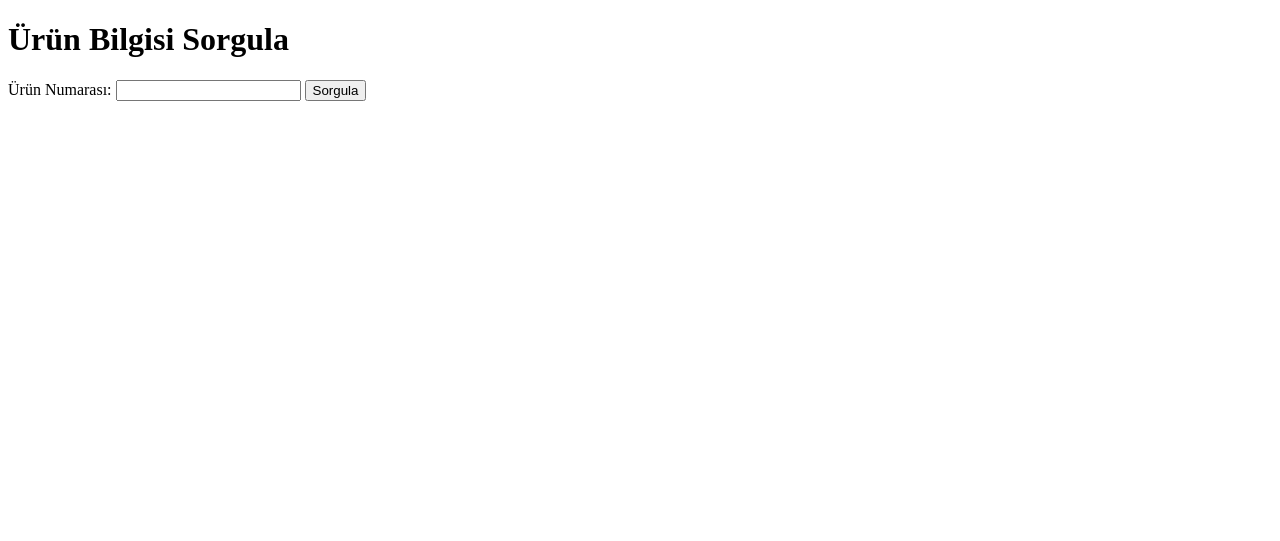
Repository: emrehendemoglu/warranty-inquiry
Page: http://localhost/
These files come from the project's save history. The page is drawn as it stood at one moment and after the next save; the edit follows.
The browser window is 1280 px wide. The pictures show the whole page.
The page is served by the project's application, run on Flask 3 (app.py).

Above is the page before, as saved 2025-07-21 16:03:02.

### templates/index.html
<!DOCTYPE html>
<html lang="tr">
<head>
    <meta charset="UTF-8" />
    <title>Ürün Sorgulama</title>
</head>
<body>
    <h1>Ürün Bilgisi Sorgula</h1>
    <form method="POST">
        <label for="urun_numarasi">Ürün Numarası:</label>
        <input type="text" name="urun_numarasi" id="urun_numarasi" required />
        <button type="submit">Sorgula</button>
    </form>

    {% if urun_bilgisi %}
        <h2>Ürün Detayları:</h2>
        <p>Ürün Sahibi Adı: {{ urun_bilgisi.urun_Adi }}</p>
        <p>Ürün Numarası: {{ urun_bilgisi.urun_numarasi }}</p>
        <p>Kalan Garanti Süresi: {{ kalan_sure }}</p>
    {% elif urun_bilgisi is not none %}
        <p>Ürün bulunamadı.</p>
    {% endif %}
</body>
</html>

### app.py
from flask import Flask, render_template, request
import mysql.connector
from datetime import datetime, timedelta

app = Flask(__name__)

db = mysql.connector.connect(
    host="localhost",
    user="root",
    password="fsmvu",
    database="thor_db"
)

@app.route("/", methods=["GET", "POST"])
def index():
    urun_bilgisi = None
    kalan_sure = None

    if request.method == "POST":
        urun_numarasi = request.form.get("urun_numarasi")

        if urun_numarasi:
            imlec = db.cursor(dictionary=True)
            sql = "SELECT urun_Adi, urun_numarasi, eklenme_tarihi FROM thor_db WHERE urun_numarasi = %s"
            imlec.execute(sql, (urun_numarasi,))
            urun_bilgisi = imlec.fetchone()

            if urun_bilgisi:
                eklenme_tarihi = urun_bilgisi['eklenme_tarihi']
                garanti_bitis_tarihi = eklenme_tarihi + timedelta(days=365*2)  # 2 yıl sonrası
                suanki_tarih = datetime.now()

                if suanki_tarih > garanti_bitis_tarihi:
                    kalan_sure = "Garanti süresi dolmuş."
                else:
                    fark = garanti_bitis_tarihi - suanki_tarih
                    # kalan süreyi gün olarak gösterelim
                    kalan_sure = f"{fark.days} gün"

            imlec.close()

    return render_template("index.html", urun_bilgisi=urun_bilgisi, kalan_sure=kalan_sure)

if __name__ == "__main__":
    app.run(debug=True)

After the next save:
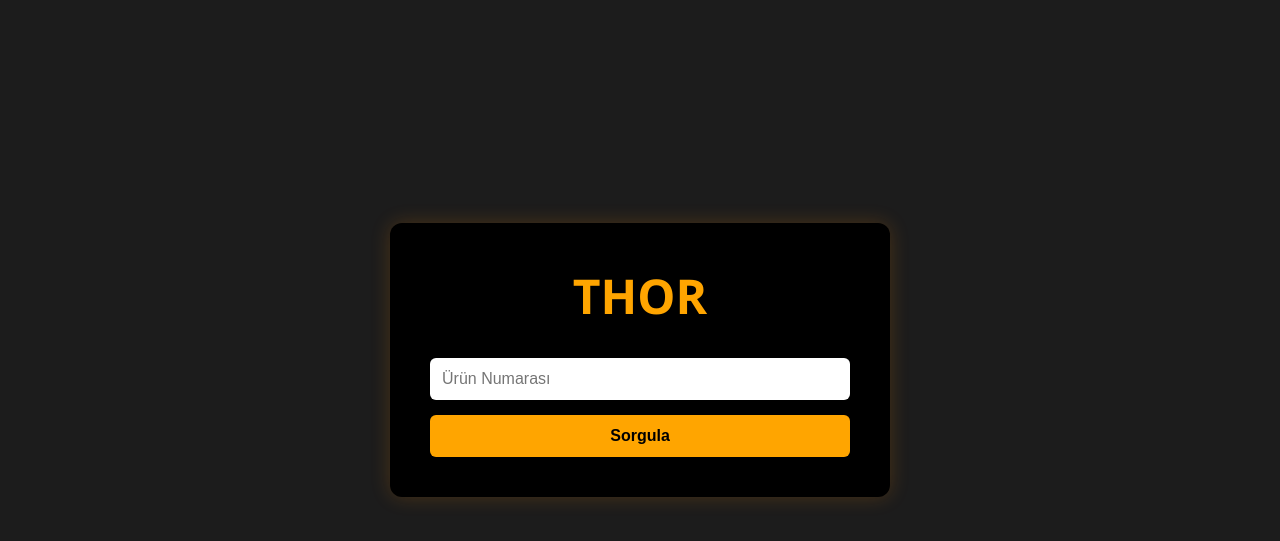
Saved 16 s later.
--- a/templates/index.html
+++ b/templates/index.html
@@ -1,24 +1,118 @@
 <!DOCTYPE html>
 <html lang="tr">
 <head>
-    <meta charset="UTF-8" />
-    <title>Ürün Sorgulama</title>
+    <meta charset="UTF-8">
+    <title>THOR</title>
+    <style>
+        * {
+            box-sizing: border-box;
+        }
+
+        body {
+            margin: 0;
+            padding: 0;
+            background-color: #1c1c1c;
+            font-family: 'Segoe UI', sans-serif;
+            display: flex;
+            align-items: center;
+            justify-content: center;
+            height: 100vh;
+            color: #fff;
+        }
+
+        .container {
+            text-align: center;
+            padding: 40px;
+            background-color: #000;
+            border-radius: 12px;
+            box-shadow: 0 0 20px rgba(255, 140, 0, 0.2);
+            width: 90%;
+            max-width: 500px;
+        }
+
+        .title {
+            font-size: 48px;
+            font-weight: bold;
+            color: orange;
+            margin-bottom: 30px;
+        }
+
+        form {
+            display: flex;
+            flex-direction: column;
+            gap: 15px;
+        }
+
+        input[type="text"] {
+            padding: 12px;
+            font-size: 16px;
+            border-radius: 6px;
+            border: none;
+            outline: none;
+            width: 100%;
+        }
+
+        button {
+            padding: 12px;
+            font-size: 16px;
+            border: none;
+            border-radius: 6px;
+            background-color: orange;
+            color: #000;
+            font-weight: bold;
+            cursor: pointer;
+            transition: background-color 0.3s;
+        }
+
+        button:hover {
+            background-color: #ffb347;
+        }
+
+        .result {
+            margin-top: 30px;
+            text-align: left;
+        }
+
+        .result p {
+            margin: 10px 0;
+            font-size: 18px;
+        }
+
+        @media (max-width: 600px) {
+            .title {
+                font-size: 36px;
+            }
+
+            .container {
+                padding: 20px;
+            }
+
+            .result p {
+                font-size: 16px;
+            }
+        }
+    </style>
 </head>
 <body>
-    <h1>Ürün Bilgisi Sorgula</h1>
-    <form method="POST">
-        <label for="urun_numarasi">Ürün Numarası:</label>
-        <input type="text" name="urun_numarasi" id="urun_numarasi" required />
-        <button type="submit">Sorgula</button>
-    </form>
+    <div class="container">
+        <div class="title">THOR</div>
 
-    {% if urun_bilgisi %}
-        <h2>Ürün Detayları:</h2>
-        <p>Ürün Sahibi Adı: {{ urun_bilgisi.urun_Adi }}</p>
-        <p>Ürün Numarası: {{ urun_bilgisi.urun_numarasi }}</p>
-        <p>Kalan Garanti Süresi: {{ kalan_sure }}</p>
-    {% elif urun_bilgisi is not none %}
-        <p>Ürün bulunamadı.</p>
-    {% endif %}
+        <form method="POST">
+            <input type="text" name="urun_numarasi" placeholder="Ürün Numarası" required>
+            <button type="submit">Sorgula</button>
+        </form>
+
+        {% if urun_bilgisi %}
+            <div class="result">
+                <p><strong>Ürün Sahibi Adı:</strong> {{ urun_bilgisi.urun_Adi }}</p>
+                <p><strong>Ürün Numarası:</strong> {{ urun_bilgisi.urun_numarasi }}</p>
+                <p><strong>Kalan Garanti Süresi:</strong> {{ kalan_sure }}</p>
+            </div>
+        {% elif kalan_sure %}
+            <div class="result">
+                <p>{{ kalan_sure }}</p>
+            </div>
+        {% endif %}
+    </div>
 </body>
 </html>
